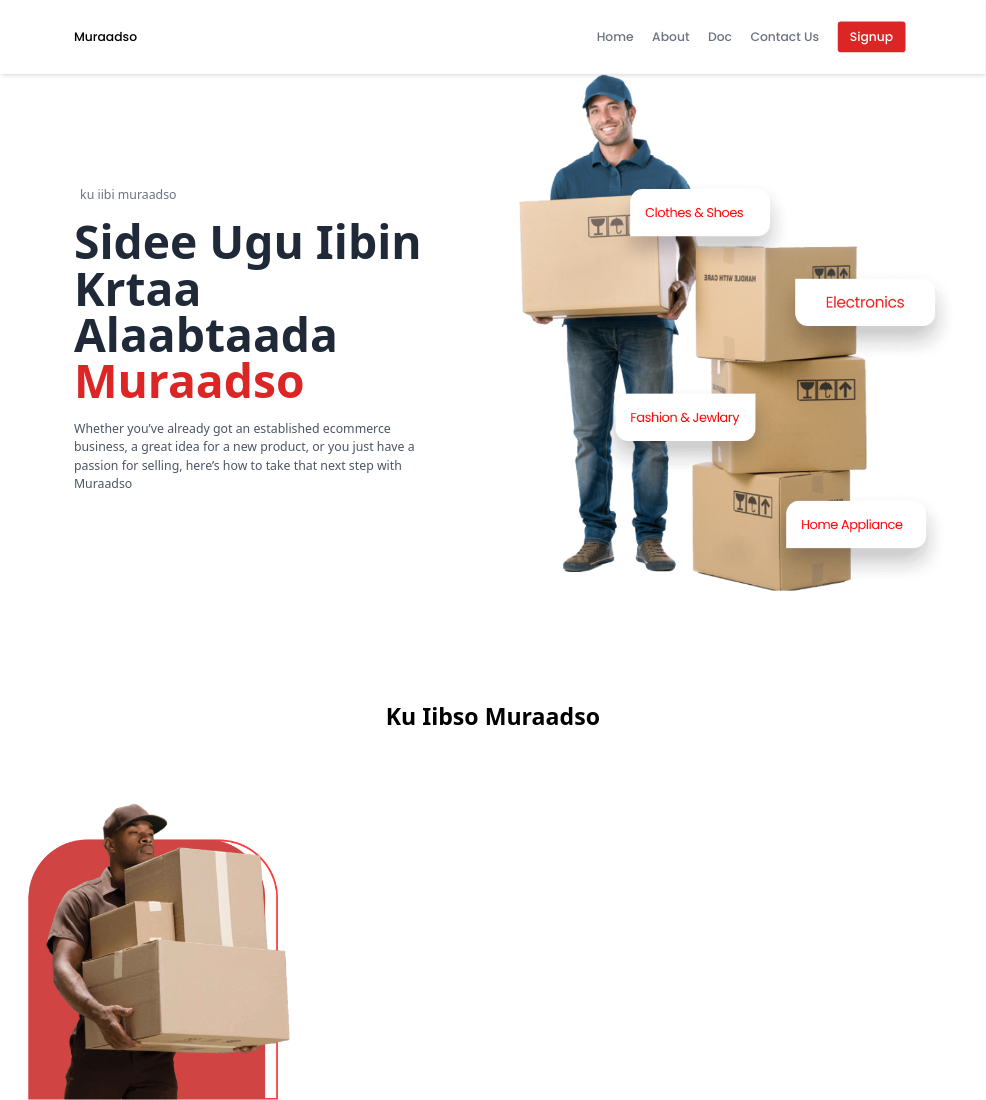
Repository: muraadso/Muraadso-Sellers
Page: /
These files come from the project's save history. The page is drawn as it stood at one moment and after the next save; the edit follows.
The browser window is 1280 px wide. The pictures show the whole page, at 77% of full size.
The project was rebuilt for these pictures with package versions that can differ from the ones it lists, and the page was loaded fresh each time. The framework's server and built-in components were replaced by stand-ins that run in the browser. Also part of the build but not shown: next.config.js.

Above is the page before, as saved 2021-12-05 19:39:11.

### pages/_app.js
import '../styles/globals.css'
 import 'tailwindcss/tailwind.css'
import { Layout } from '../components/Layout'


function MyApp({ Component, pageProps }) {
  return (
    <Layout>
      <Component {...pageProps} />
    </Layout>
  )
}

export default MyApp

### pages/index.js
import Head from 'next/head'
import Image from 'next/image'
import Navbar from '../components/Navbar'
import Hero from '../components/Hero'
import About from '../components/About'
import styles from '../styles/Home.module.css'


export default function Home() {
  return (
    <div className={styles.container}>
      <Head>
        <title>Muraadso Sellers</title>
        <meta name="description" content="Generated by create next app" />
        <link rel="icon" href="/favicon.ico" />
      </Head>
      <Hero />
      <About />
    </div>
  )
}

### styles/globals.css
@import url('https://fonts.googleapis.com/css2?family=Lato:ital,wght@0,300;0,400;0,700;0,900;1,700&family=Poppins:wght@200;300;400;500;600;700&display=swap');
html,
body {
  padding: 0;
  margin: 0;
}

a {
  color: inherit;
  text-decoration: none;
}

* {
  box-sizing: border-box;
}


.navbar {
  box-shadow: 2px 1px 7px rgba(0, 0, 0, 0.226);
  font-family: 'Poppins', sans-serif  ;
  font-weight: 500;

}
  .logo{
    font-family: 'Lato', sans-serif;
    font-weight: 700;
    color: rgb(233, 59, 59);
    font-size: 20px ;
  }

.nav{
}





@media screen and  (max-width: 415px){
  .nav{
    display: flex;
    color: blue;
    flex-direction: row;
  }
}




@tailwind base;
@tailwind components;
@tailwind utilities

### components/Layout.js
import Navbar from "./Navbar"
import Footer from "./Footer"

export const Layout = ({children}) => {
    return (
        <div className="layout">
            <Navbar />
                {children}
            <Footer />



        </div>
    )
}

### components/Navbar.jsx
import React, { useState } from "react";
import { HiOutlineMenuAlt2, HiOutlineMenuAlt3 } from "react-icons/hi";



export default function Navbar() {
  const [showNav, setShowNav] = useState(false);

  return (
    <nav className="sticky top-0 z-20 items-center justify-between bg-white px-14 md:px-24 md:py-5 navbar md:flex">
      <div className="flex items-center justify-between">
        <a href="#">
          <h2>Muraadso</h2>
        </a>


        {showNav ? (
          <HiOutlineMenuAlt3
            onClick={() => setShowNav(!showNav)}
            className="block w-10 h-10 p-2 cursor-pointer md:hidden"
          />
        ) : (
          <HiOutlineMenuAlt2
            onClick={() => setShowNav(!showNav)}
            className="block w-10 h-10 p-2 cursor-pointer md:hidden"
          />
        )}
      </div>

      <ul
        className={
          (showNav ? "left-0" : "-left-full") +
          " md:static fixed bottom-0 md:ml-24 top-14 md:flex md:space-x-6 items-center md:bg-transparent bg-white bg-opacity-90 md:w-auto w-10/12 md:text-gray-500 text-gray-800  md:space-y-0 space-y-5 p-2 transition-left nav"
        }
      >
        <a href="#"> Home</a>
        <a href="#"> About</a>
        <a href="#"> Doc</a>
        <a href="#"> Contact Us</a>
      <a className="px-4 py-2 text-white bg-red-600 rounded" href="">Signup</a>
      </ul>
    </nav>
  );
}

























// const Navbar = () => {
//     return (
//         <div>
//      <div className="sticky top-0 z-20 items-center justify-between bg-white md:flex navbar">
//          <a className="logo" href="#">Muraadso</a>
//          <nav className="fixed bottom-0 items-center w-10/12 p-2 space-y-5 text-white bg-gray-500 md:static top-12 md:flex md:space-x-7 md:bg-transparent bg-opacity-90 md:w-auto md:text-gray-500 md:space-y-0 transition-left nav">
//              <a className="hover:text-red-600" href="">Home</a>
//              <a className="hover:text-red-600" href="">About</a>
//              <a className="hover:text-red-600" href="">Doc</a>
//              <a className="hover:text-red-600" href="">Contact Us</a>
//          </nav>
//          <a href="#" className="px-4 py-2 text-white bg-red-600 rounded hover:bg-red-700 signup ">Signup</a>
//      </div>

//         </div>
//     )
// }

// export default Navbar

### components/Hero.jsx
const Hero = () => {
    return (
        <div className="grid grid-cols-2 hero">
                <div className="px-16 py-36 herotxt">
                    <h6 className="px-2 font-medium text-gray-500">ku iibi muraadso</h6>
                    <h1 className="my-5 md:font-bold md:text-gray-800 md:capitalize lg:text-6xl">sidee ugu iibin krtaa <br /> alaabtaada <span className="md:text-red-600">muraadso </span></h1>
                    <p className="text-gray-600" >Whether you’ve already got an established ecommerce business, a great idea for a new product, or you just have a passion for selling, here’s how to take that next step with Muraadso</p>
                </div>
                <div className="heroimg">
                    <img className="w-4/4 "  src="/images/heroimage.png" alt="heroimage" />
                </div>

        </div>
    )
}

export default Hero

### components/About.jsx

const About = () => {
    return (
        <div className="mt-32">
            <h1 className="text-3xl font-bold text-center">Ku Iibso Muraadso</h1>
            <div className="about-content">
                <div className="aboutimg">
            <img src="/images/aboutimage.png" className="mt-24 md:h-96" alt="about image" />
                </div>
                <div className="about-text">
                    <p>

                    </p>
                </div>


            </div>
        </div>
    )
}

export default About

### components/Footer.jsx
const Footer = () => {
    return (
        <div>
        </div>
    )
}

export default Footer

### tailwind.config.js
module.exports = {
   purge: ['./pages/**/*.{js,ts,jsx,tsx}', './components/**/*.{js,ts,jsx,tsx}'],
  darkMode: false, // or 'media' or 'class'
  theme: {
    extend: {
      transitionProperty: {
         'left': 'left',
        }
    },

  },
  variants: {
    extend: {},
  },
  plugins: [],
}

Loaded but not shown: pages/api/hello.js (common file); styles/Home.module.css (common file)

After the next save:
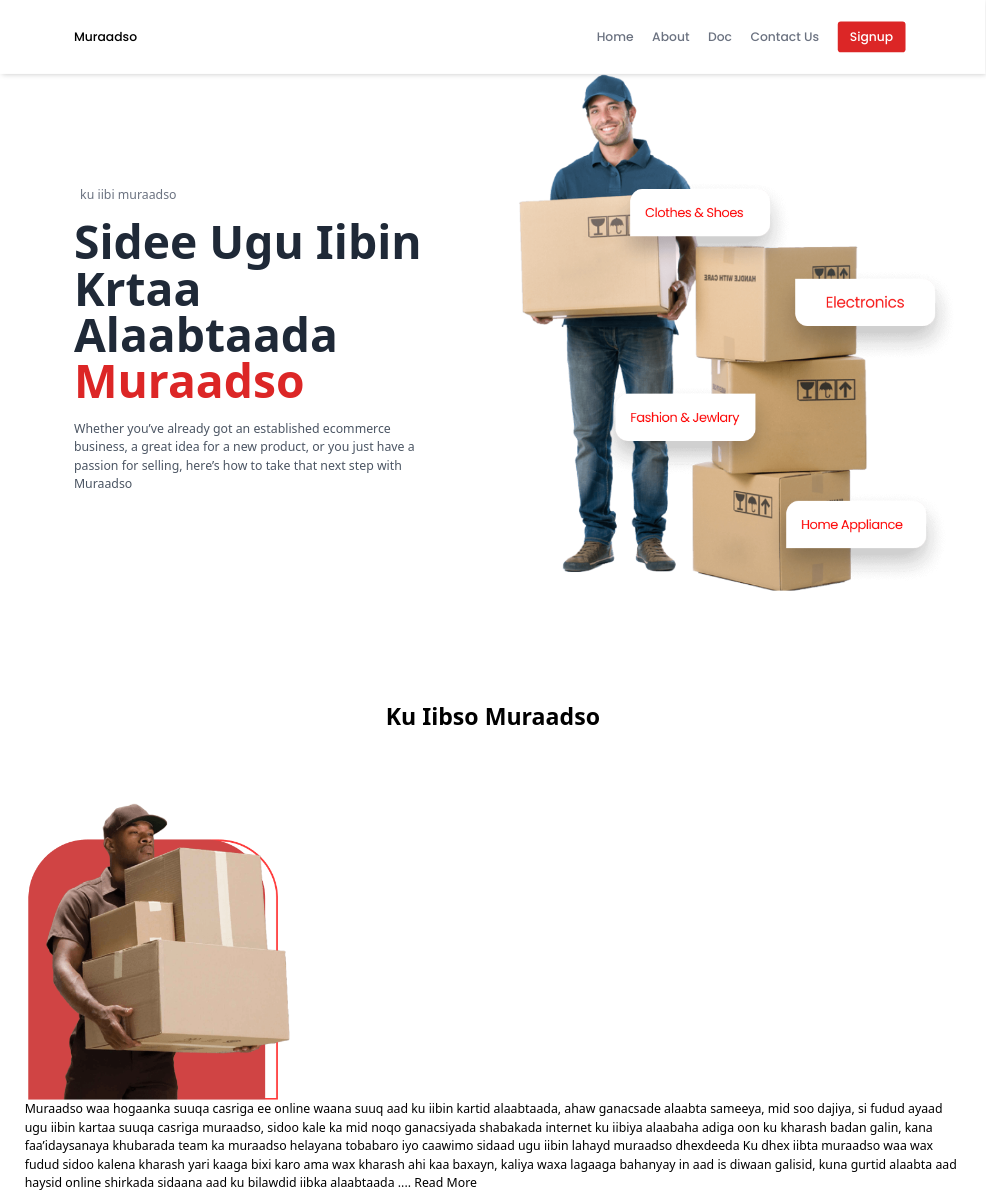
Saved 8 s later.
--- a/components/About.jsx
+++ b/components/About.jsx
@@ -9,7 +9,7 @@ const About = () => {
                 </div>
                 <div className="about-text">
                     <p>
-
+                        Muraadso waa hogaanka suuqa casriga ee online waana suuq aad ku iibin kartid alaabtaada, ahaw ganacsade alaabta sameeya, mid soo dajiya, si fudud ayaad ugu iibin kartaa suuqa casriga muraadso, sidoo kale ka mid noqo ganacsiyada shabakada internet ku iibiya alaabaha adiga oon ku kharash badan galin, kana faa’idaysanaya khubarada team ka muraadso helayana tobabaro iyo caawimo sidaad ugu iibin lahayd muraadso dhexdeeda Ku dhex iibta muraadso waa wax fudud sidoo kalena kharash yari kaaga bixi karo ama wax kharash ahi kaa baxayn, kaliya waxa lagaaga bahanyay in aad is diwaan galisid, kuna gurtid alaabta aad haysid online shirkada sidaana aad ku bilawdid iibka alaabtaada  .... Read More
                     </p>
                 </div>
 
